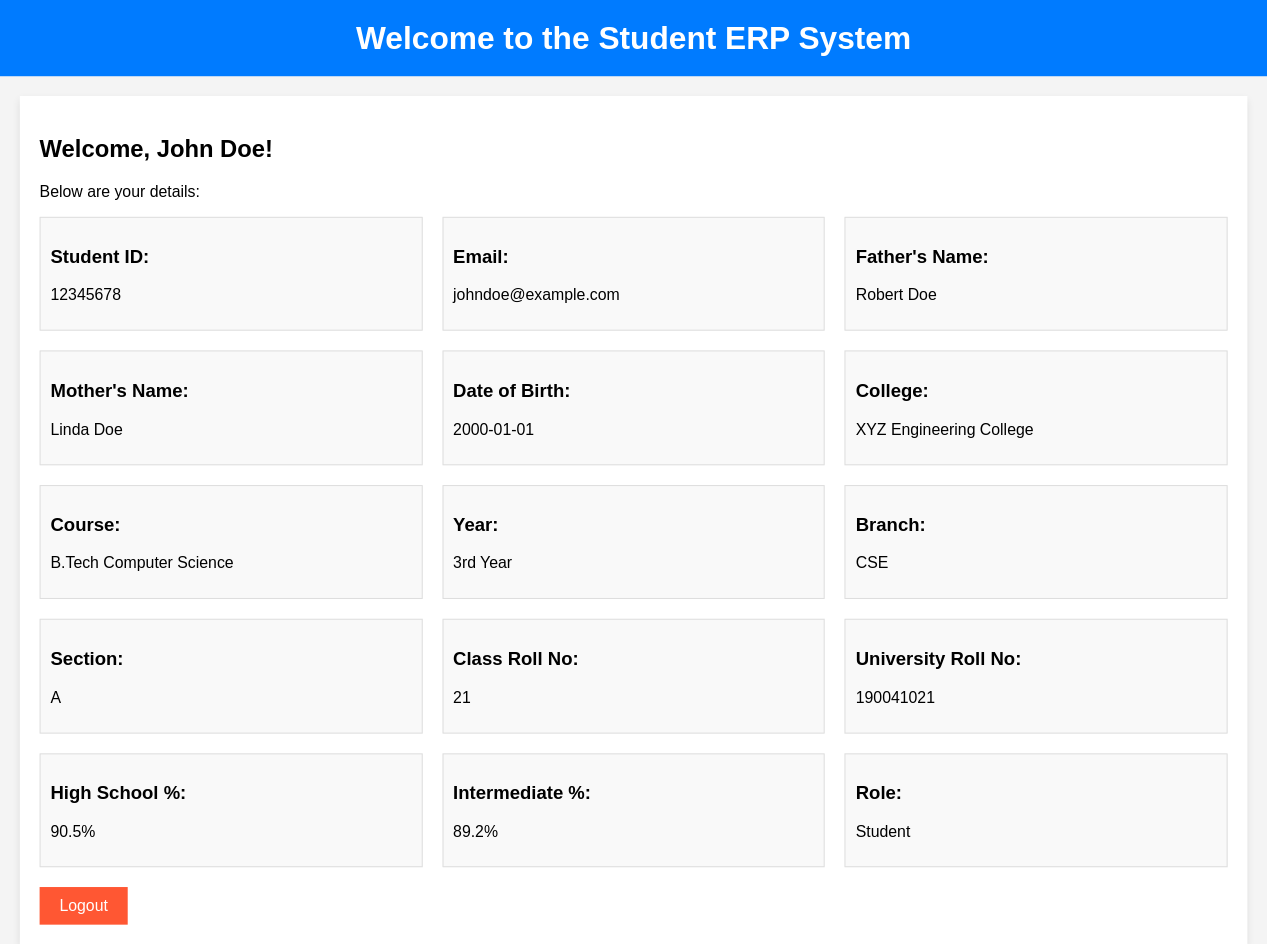
Repository: 02-kajaljha/ERP-System
Page: http://localhost/student
An editor plug-in stored every save of this project. The page is shown before and after the next save, followed by the edit.
The browser window is 1280 px wide. The pictures show the whole page, at 99% of full size.
The page is this project's Thymeleaf template; nobody is signed in. The template is opened directly, without the code that normally fills it, so the values that code supplies are empty.

Above is the page before, as saved 2025-04-28 08:39:53.

### ErpManageSys/src/main/resources/templates/student.html
<!DOCTYPE html>
<html lang="en">
<head>
    <meta charset="UTF-8">
    <meta name="viewport" content="width=device-width, initial-scale=1.0">
    <title>Welcome - Student ERP</title>
    <style>
        body {
            font-family: Arial, sans-serif;
            background-color: #f4f4f4;
            margin: 0;
            padding: 0;
        }
        header {
            background-color: #007BFF;
            color: white;
            text-align: center;
            padding: 20px 0;
        }
        h1 {
            margin: 0;
        }
        .container {
            padding: 20px;
            max-width: 1200px;
            margin: 0 auto;
            background-color: white;
            box-shadow: 0 4px 8px rgba(0, 0, 0, 0.1);
            margin-top: 20px;
        }
        .student-info {
            display: flex;
            flex-wrap: wrap;
            gap: 20px;
        }
        .student-info div {
            flex: 1 1 calc(33% - 20px);
            padding: 10px;
            border: 1px solid #ddd;
            background-color: #f9f9f9;
            box-sizing: border-box;
        }
        .logout-btn {
            background-color: #FF5733;
            color: white;
            padding: 10px 20px;
            border: none;
            cursor: pointer;
            text-align: center;
            display: inline-block;
            text-decoration: none;
            margin-top: 20px;
        }
        .logout-btn:hover {
            background-color: #e04e2a;
        }
    </style>
</head>
<body>
    <header>
        <h1>Welcome to the Student ERP System</h1>
    </header>

    <div class="container">
        <h2>Welcome, John Doe!</h2>
        <p>Below are your details:</p>

        <div class="student-info">
            <div>
                <h3>Student ID:</h3>
                <p>12345678</p>
            </div>
            <div>
                <h3>Email:</h3>
                <p>johndoe@example.com</p>
            </div>
            <div>
                <h3>Father's Name:</h3>
                <p>Robert Doe</p>
            </div>
            <div>
                <h3>Mother's Name:</h3>
                <p>Linda Doe</p>
            </div>
            <div>
                <h3>Date of Birth:</h3>
                <p>2000-01-01</p>
            </div>
            <div>
                <h3>College:</h3>
                <p>XYZ Engineering College</p>
            </div>
            <div>
                <h3>Course:</h3>
                <p>B.Tech Computer Science</p>
            </div>
            <div>
                <h3>Year:</h3>
                <p>3rd Year</p>
            </div>
            <div>
                <h3>Branch:</h3>
                <p>CSE</p>
            </div>
            <div>
                <h3>Section:</h3>
                <p>A</p>
            </div>
            <div>
                <h3>Class Roll No:</h3>
                <p>21</p>
            </div>
            <div>
                <h3>University Roll No:</h3>
                <p>190041021</p>
            </div>
            <div>
                <h3>High School %:</h3>
                <p>90.5%</p>
            </div>
            <div>
                <h3>Intermediate %:</h3>
                <p>89.2%</p>
            </div>
            <div>
                <h3>Role:</h3>
                <p>Student</p>
            </div>
        </div>

        <a href="/logout" class="logout-btn">Logout</a>
    </div>
</body>
</html>

After the next save:
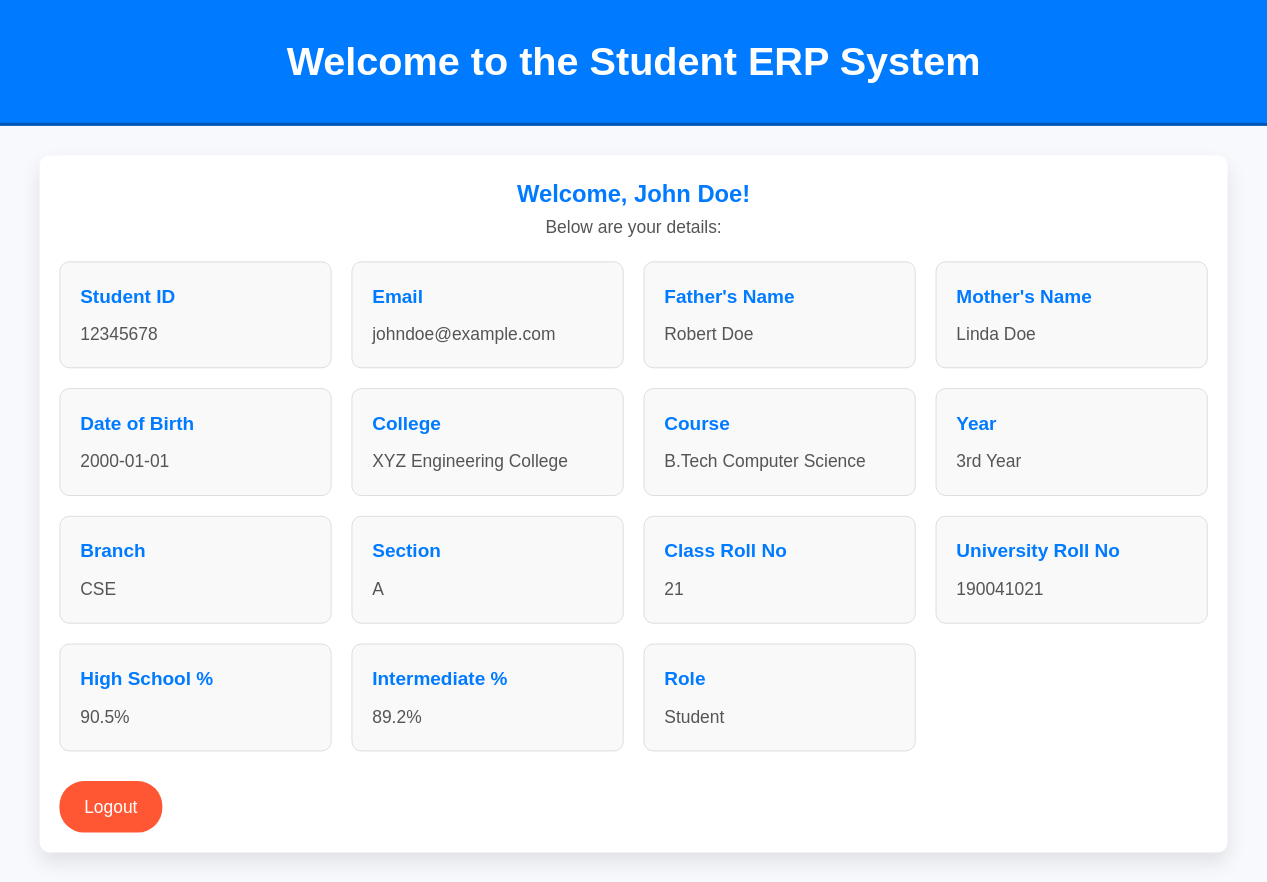
Saved 9 min 42 s later.
--- a/ErpManageSys/src/main/resources/templates/student.html
+++ b/ErpManageSys/src/main/resources/templates/student.html
@@ -5,54 +5,79 @@
     <meta name="viewport" content="width=device-width, initial-scale=1.0">
     <title>Welcome - Student ERP</title>
     <style>
-        body {
-            font-family: Arial, sans-serif;
-            background-color: #f4f4f4;
+        * {
             margin: 0;
             padding: 0;
+            box-sizing: border-box;
+        }
+        body {
+            font-family: 'Arial', sans-serif;
+            background-color: #f7f9fc;
+            color: #333;
+            line-height: 1.6;
         }
         header {
             background-color: #007BFF;
             color: white;
             text-align: center;
-            padding: 20px 0;
+            padding: 30px 0;
+            border-bottom: 3px solid #0056b3;
         }
         h1 {
             margin: 0;
+            font-size: 2.5em;
         }
         .container {
+            max-width: 1200px;
+            margin: 30px auto;
             padding: 20px;
-            max-width: 1200px;
-            margin: 0 auto;
             background-color: white;
-            box-shadow: 0 4px 8px rgba(0, 0, 0, 0.1);
+            box-shadow: 0 10px 20px rgba(0, 0, 0, 0.1);
+            border-radius: 10px;
+        }
+        .student-info {
+            display: grid;
+            grid-template-columns: repeat(auto-fill, minmax(250px, 1fr));
+            gap: 20px;
             margin-top: 20px;
         }
-        .student-info {
-            display: flex;
-            flex-wrap: wrap;
-            gap: 20px;
+        .student-info div {
+            padding: 20px;
+            background-color: #f9f9f9;
+            border-radius: 10px;
+            border: 1px solid #ddd;
+            transition: all 0.3s ease-in-out;
         }
-        .student-info div {
-            flex: 1 1 calc(33% - 20px);
-            padding: 10px;
-            border: 1px solid #ddd;
-            background-color: #f9f9f9;
-            box-sizing: border-box;
+        .student-info div:hover {
+            background-color: #e9f1ff;
+            border-color: #007BFF;
+        }
+        h3 {
+            font-size: 1.2em;
+            color: #007BFF;
+            margin-bottom: 8px;
+        }
+        p {
+            font-size: 1.1em;
+            color: #555;
         }
         .logout-btn {
+            display: inline-block;
             background-color: #FF5733;
             color: white;
-            padding: 10px 20px;
-            border: none;
-            cursor: pointer;
+            padding: 12px 25px;
+            border-radius: 25px;
             text-align: center;
-            display: inline-block;
             text-decoration: none;
-            margin-top: 20px;
+            font-size: 1.1em;
+            margin-top: 30px;
+            transition: background-color 0.3s ease;
         }
         .logout-btn:hover {
             background-color: #e04e2a;
+        }
+        .logout-btn:active {
+            background-color: #c83e1d;
         }
     </style>
 </head>
@@ -62,68 +87,68 @@
     </header>
 
     <div class="container">
-        <h2>Welcome, John Doe!</h2>
-        <p>Below are your details:</p>
+        <h2 style="text-align: center; color: #007BFF;">Welcome, John Doe!</h2>
+        <p style="text-align: center; font-size: 1.1em; color: #555;">Below are your details:</p>
 
         <div class="student-info">
             <div>
-                <h3>Student ID:</h3>
+                <h3>Student ID</h3>
                 <p>12345678</p>
             </div>
             <div>
-                <h3>Email:</h3>
+                <h3>Email</h3>
                 <p>johndoe@example.com</p>
             </div>
             <div>
-                <h3>Father's Name:</h3>
+                <h3>Father's Name</h3>
                 <p>Robert Doe</p>
             </div>
             <div>
-                <h3>Mother's Name:</h3>
+                <h3>Mother's Name</h3>
                 <p>Linda Doe</p>
             </div>
             <div>
-                <h3>Date of Birth:</h3>
+                <h3>Date of Birth</h3>
                 <p>2000-01-01</p>
             </div>
             <div>
-                <h3>College:</h3>
+                <h3>College</h3>
                 <p>XYZ Engineering College</p>
             </div>
             <div>
-                <h3>Course:</h3>
+                <h3>Course</h3>
                 <p>B.Tech Computer Science</p>
             </div>
             <div>
-                <h3>Year:</h3>
+                <h3>Year</h3>
                 <p>3rd Year</p>
             </div>
             <div>
-                <h3>Branch:</h3>
+                <h3>Branch</h3>
                 <p>CSE</p>
             </div>
             <div>
-                <h3>Section:</h3>
+                <h3>Section</h3>
                 <p>A</p>
             </div>
             <div>
-                <h3>Class Roll No:</h3>
+                <h3>Class Roll No</h3>
                 <p>21</p>
             </div>
             <div>
-                <h3>University Roll No:</h3>
+                <h3>University Roll No</h3>
                 <p>190041021</p>
             </div>
             <div>
-                <h3>High School %:</h3>
+                <h3>High School %</h3>
                 <p>90.5%</p>
             </div>
             <div>
-                <h3>Intermediate %:</h3>
+                <h3>Intermediate %</h3>
                 <p>89.2%</p>
             </div>
             <div>
-                <h3>Role:</h3>
+                <h3>Role</h3>
                 <p>Student</p>
             </div>
         </div>
